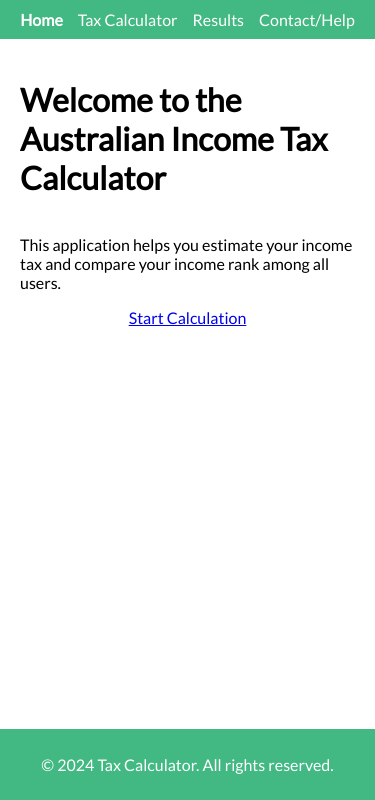
Repository: Tracy-maker/tax_calculator
Page: /
An editor plug-in stored every save of this project. The page is shown before and after the next save, followed by the edit.
The browser window is 375 px wide. The pictures show the whole page.
The project was rebuilt for these pictures with package versions that can differ from the ones it lists, and the page was loaded fresh each time. Also part of the build but not shown: vite.config.js, src/components/page/TaxCalculator.vue, src/components/page/ResultPage.vue, src/components/page/ContactHelp.vue.

Above is the page before, as saved 2024-06-26 15:44:32.

After the next save:
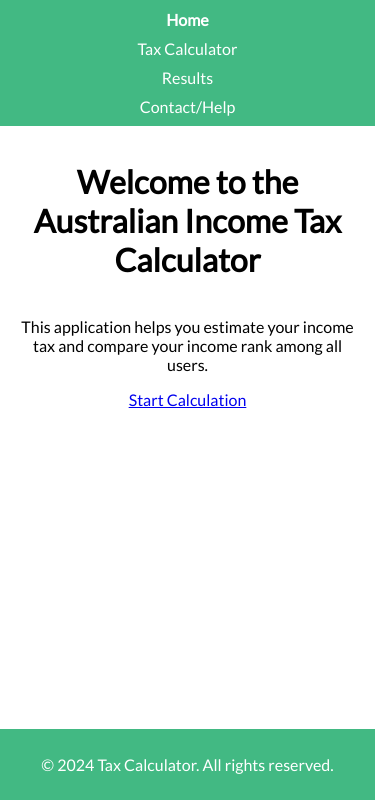
Saved 4 h 46 min later.
--- a/src/assets/main.css
+++ b/src/assets/main.css
@@ -32,6 +32,7 @@ nav {
   display: flex;
   justify-content: center;
   gap: 15px;
+  flex-wrap: wrap;
 }
 
 nav a {
@@ -70,23 +71,8 @@ footer {
   min-height: auto;
   position: relative;
   overflow: hidden;
-}
-
-.background-video {
-  position: absolute;
-  top: 0;
-  left: 0;
-  width: 100%;
-  height: 100%;
-  object-fit: cover;
-  z-index: -1;
-}
-
-.content {
-  position: relative;
+  padding: 20px;
   text-align: center;
-  color: white;
-  z-index: 1;
 }
 
 .start-calculation {
@@ -135,3 +121,44 @@ footer {
   flex-direction: column;
   gap: 10px;
 }
+
+/* Media Queries for Responsiveness */
+@media (max-width: 768px) {
+  .home,
+  .calculator,
+  .results,
+  .contact-help {
+    padding: 10px;
+  }
+
+  header {
+    text-align: center;
+  }
+
+  nav {
+    flex-direction: column;
+    gap: 10px;
+  }
+
+  main {
+    padding: 10px;
+  }
+
+  footer {
+    flex-direction: column;
+  }
+}
+
+@media (max-width: 480px) {
+  .home,
+  .calculator,
+  .results,
+  .contact-help {
+    padding: 5px;
+  }
+
+  .start-calculation {
+    width: 100%;
+    text-align: center;
+  }
+}
